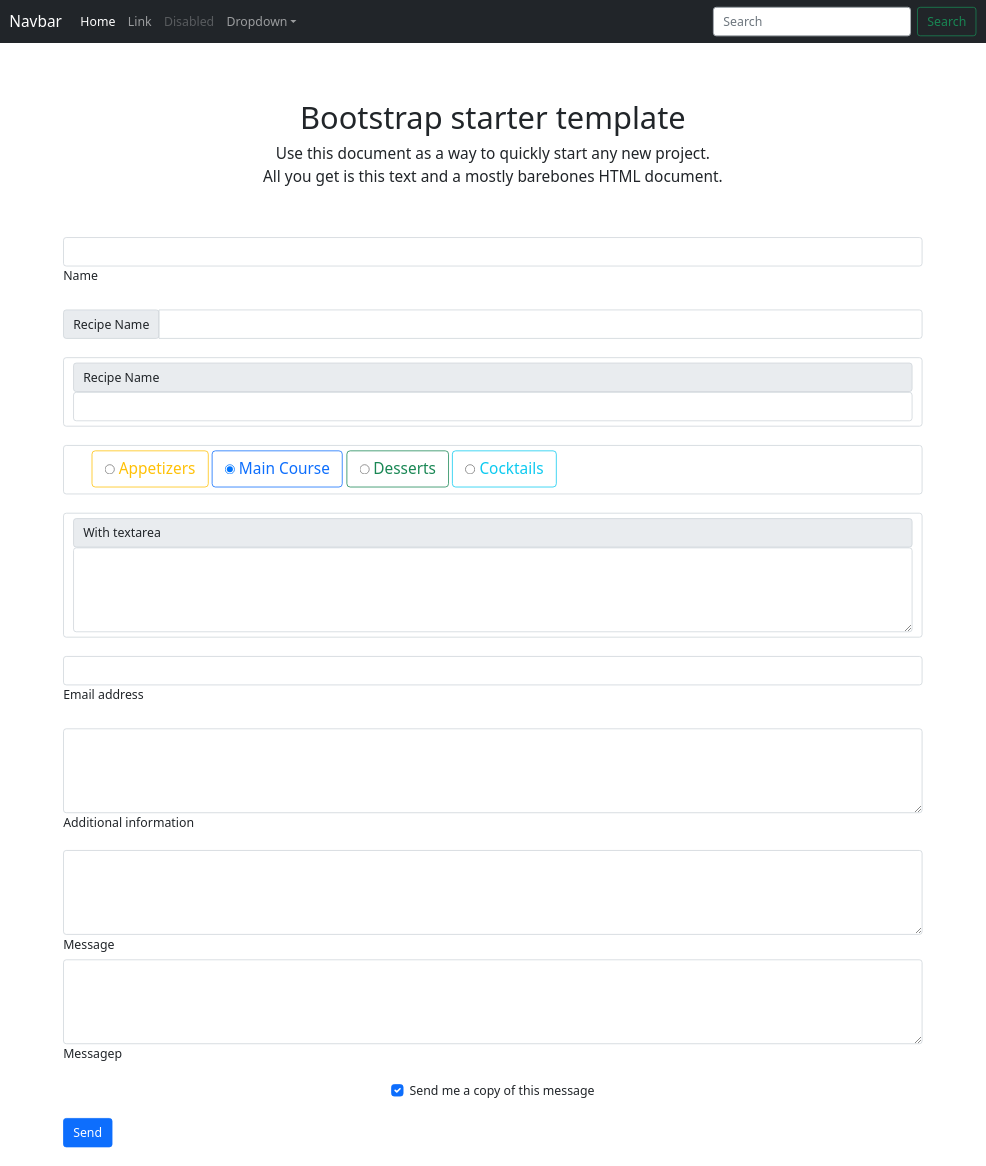
Repository: jerrywthompson/createRecipeWebpageHTML
Page: index.html
The author's editor kept a copy of each file at every save. The page is drawn from the files as they stood at one save, then again after the next save.
The browser window is 1280 px wide. The pictures show the whole page, at 77% of full size.

Above is the page before, as saved 2021-02-23 22:17:18.

After the next save:
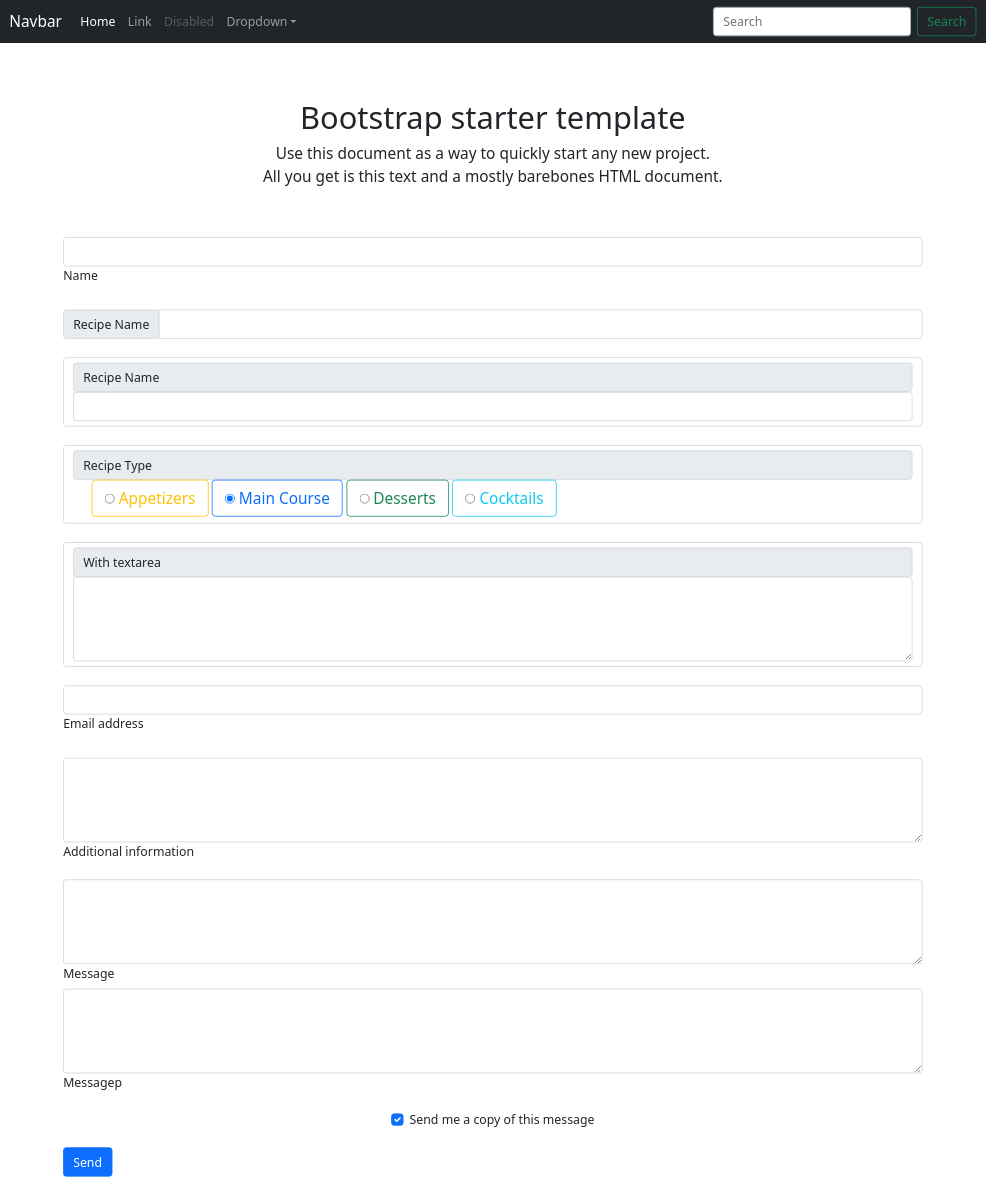
Saved 82 s later.
--- a/index.html
+++ b/index.html
@@ -104,6 +104,9 @@
                         </div>
 
                         <div class="form-control mb-4">
+                            <div class="input-group-prepend">
+                                <span class="input-group-text" id="inputGroup-sizing-default">Recipe Type</span>
+                            </div>
                             <div class="form-check">
                                 <label class="btn btn-outline-warning btn-lg">
                                     <input type="radio" name="recipeType" id="appetizers" value="appetizers" autocomplete="off" > Appetizers
